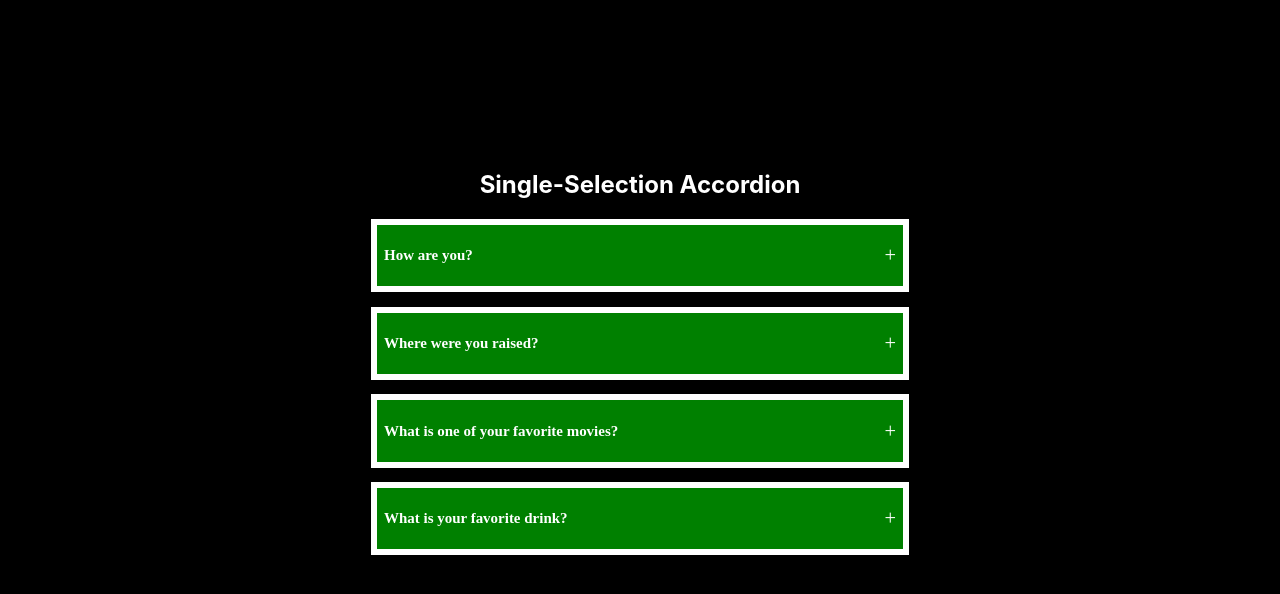
Repository: kosenijr/react-projects
Page: / (app in accordion/)
An editor plug-in stored every save of this project. The page is shown before and after the next save, followed by the edit.
The browser window is 1280 px wide. The pictures show the whole page.
The project was rebuilt for these pictures with package versions that can differ from the ones it lists, and the page was loaded fresh each time.

Above is the page before, as saved 2024-03-02 23:50:43.

After the next save:
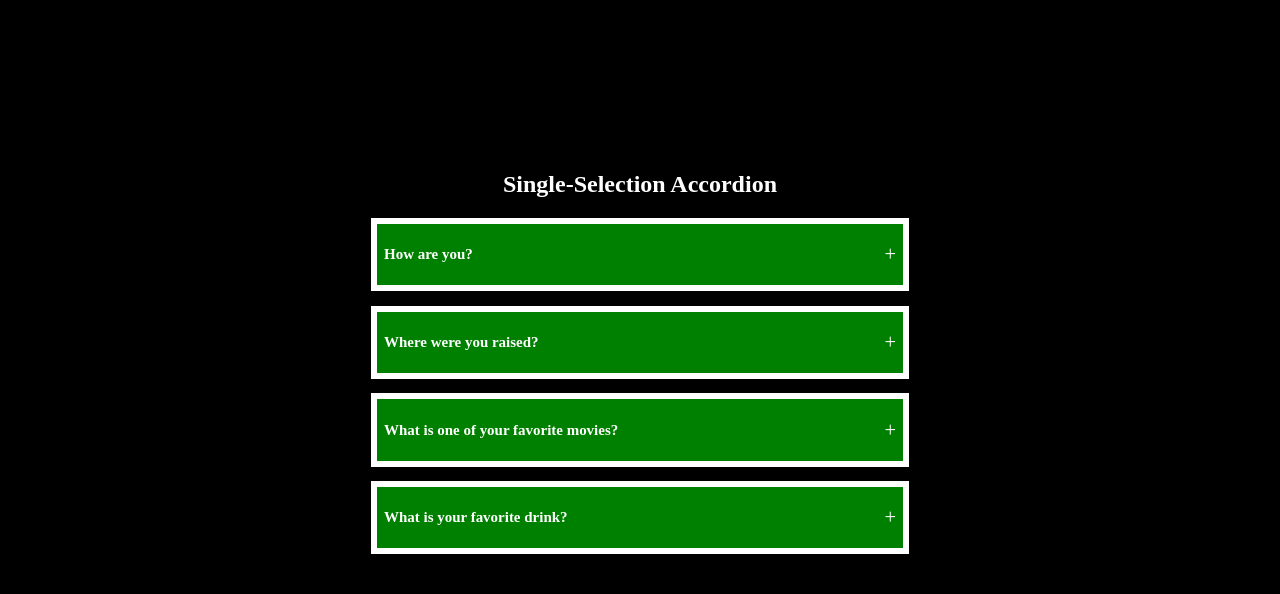
Saved 5 s later.
--- a/accordion/src/styles/SingleSelection.css
+++ b/accordion/src/styles/SingleSelection.css
@@ -9,7 +9,7 @@
 }
 
 .description {
-  font-family: "Raleway" italics
+  font-family: "Raleway"
 }
 
 .item {
